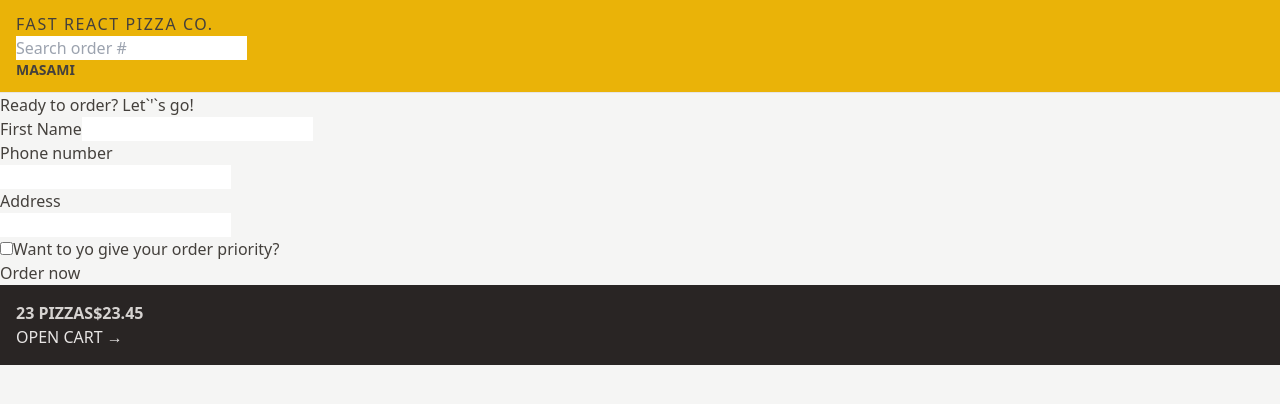
Repository: masamichan/pizza-vite
Page: /order/new
An editor plug-in stored every save of this project. The page is shown before and after the next save, followed by the edit.
The browser window is 1280 px wide. The pictures show the whole page.
The project was rebuilt for these pictures with package versions that can differ from the ones it lists, and the page was loaded fresh each time. Also part of the build but not shown: vite.config.js, src/ui/Home.jsx, src/utils/helpers.js, src/features/menu/MenuItem.jsx, src/features/menu/Menu.jsx, src/features/cart/Cart.jsx, src/features/order/Order.jsx, src/ui/Loader.jsx and 1 more. Imported but missing from the stored project, and not drawn on this page: src/features/user/CreateUser.

Above is the page before, as saved 2023-12-20 15:43:50.

### src/App.jsx
import { RouterProvider, createBrowserRouter } from "react-router-dom"
import Home from './ui/Home'
import Menu, {loader as menuLoader} from './features/menu/Menu';
import Cart from './features/cart/Cart';
import CreateOrder, {action as createOrderAction} from './features/order/CreateOrder';
import Order, {loader as orderLoader} from "./features/order/Order"
import AppLayout from "./ui/AppLayout";
import Error from "./ui/Error"

const router = createBrowserRouter([
  {
    element: <AppLayout />,
    errorElement: <Error />,
    children: [
  { path: "/", element: <Home/>},
  { path: "/menu", element: <Menu />, loader: menuLoader, errorElement: <Error />},
  {path: "/cart",element: <Cart />},
  {path: "/order/new",element: <CreateOrder />, action: createOrderAction},
  {path: "/order/:orderId", element: <Order />, loader: orderLoader, errorElement: <Error />}
    ],
  },
])




function App() {
  return <RouterProvider router={router} />
}

export default App

### src/features/order/CreateOrder.jsx
import { useState } from "react";
import { Form, redirect, useActionData, useNavigation } from "react-router-dom";
import { createOrder } from "../../services/apiRestaurant";

// https://uibakery.io/regex-library/phone-number
const isValidPhone = (str) =>
  /^\+?\d{1,4}?[-.\s]?\(?\d{1,3}?\)?[-.\s]?\d{1,4}[-.\s]?\d{1,4}[-.\s]?\d{1,9}$/.test(
    str
  );

const fakeCart = [
  {
    pizzaId: 12,
    name: "Mediterranean",
    quantity: 2,
    unitPrice: 16,
    totalPrice: 32,
  },
  {
    pizzaId: 6,
    name: "Vegetale",
    quantity: 1,
    unitPrice: 13,
    totalPrice: 13,
  },
  {
    pizzaId: 11,
    name: "Spinach and Mushroom",
    quantity: 1,
    unitPrice: 15,
    totalPrice: 15,
  },
];

function CreateOrder() {
  const navigation = useNavigation()
  const isSubmitting = navigation.state === "submitting"

  const formErrors = useActionData()


  // const [withPriority, setWithPriority] = useState(false);
  const cart = fakeCart;

  return (
    <div>
      <h2>Ready to order? Let`&apos;`s go!</h2>

      <Form method="POST">
        <div>
          <label>First Name</label>
          <input type="text" name="customer" required />
        </div>

        <div>
          <label>Phone number</label>
          <div>
            <input type="tel" name="phone" required />
          </div>
          {formErrors ?.phone && <p>{formErrors.phone}</p>}
        </div>

        <div>
          <label>Address</label>
          <div>
            <input type="text" name="address" required />
          </div>
        </div>

        <div>
          <input
            type="checkbox"
            name="priority"
            id="priority"
            // value={withPriority}
            // onChange={(e) => setWithPriority(e.target.checked)}
          />
          <label htmlFor="priority">Want to yo give your order priority?</label>
        </div>

        <div>
          <input type="hidden" name="cart" value={JSON.stringify(cart)} />
          <button disabled={isSubmitting}>
            {isSubmitting ? "Placing order..." : "Order now"}
          </button>
        </div>
      </Form>
    </div>
  );
}

export async function action({request}) {
  const formData = await request.formData()
  const data = Object.fromEntries(formData)

  const order = {
    ...data,
    cart: JSON.parse(data.cart),
    priority: data.priority === "on"
  }

  const errors = {}
  if (!isValidPhone(order.phone))
    errors.phone = "Please give us your correct phone number. We might need it to contact you."

  if (Object.keys(errors).length > 0) return errors

  const newOrder = await createOrder(order)

  return redirect(`/order/${newOrder.id}`)
}

export default CreateOrder;

### src/ui/AppLayout.jsx
import Header from "./Header"
import Loader from './Loader'
import { Outlet, useNavigation } from "react-router-dom"
import CartOverview from "../features/cart/CartOverview"


function AppLayout() {
  const navigation = useNavigation()
  const isLoading = navigation.state === "loading"
  return (
    <div className="layout">
    {isLoading && <Loader />}

    <Header />
    <main>
      <Outlet />
    </main>
    <CartOverview/>
    </div>
  )
}

export default AppLayout

### src/services/apiRestaurant.js
const API_URL = 'https://react-fast-pizza-api.onrender.com/api';

export async function getMenu() {
  const res = await fetch(`${API_URL}/menu`);

  // fetch won't throw error on 400 errors (e.g. when URL is wrong), so we need to do it manually. This will then go into the catch block, where the message is set
  if (!res.ok) throw Error('Failed getting menu');

  const { data } = await res.json();
  return data;
}

export async function getOrder(id) {
  const res = await fetch(`${API_URL}/order/${id}`);
  if (!res.ok) throw Error(`Couldn't find order #${id}`);

  const { data } = await res.json();
  return data;
}

export async function createOrder(newOrder) {
  try {
    const res = await fetch(`${API_URL}/order`, {
      method: 'POST',
      body: JSON.stringify(newOrder),
      headers: {
        'Content-Type': 'application/json',
      },
    });

    if (!res.ok) throw Error();
    const { data } = await res.json();
    return data;
  } catch {
    throw Error('Failed creating your order');
  }
}

export async function updateOrder(id, updateObj) {
  try {
    const res = await fetch(`${API_URL}/order/${id}`, {
      method: 'PATCH',
      body: JSON.stringify(updateObj),
      headers: {
        'Content-Type': 'application/json',
      },
    });

    if (!res.ok) throw Error();
    // We don't need the data, so we don't return anything
  } catch (err) {
    throw Error('Failed updating your order');
  }
}

### src/ui/Header.jsx
import { Link } from "react-router-dom"
import SearchOrder from "../features/order/SearchOrder"
import UserName from "../features/user/UserName"

function Header() {
  return (
    <header className="bg-yellow-500 border-b border-stone-200 px-4 py-3 uppercase">
    <Link to="/" className="tracking-widest">Fast React Pizza Co.</Link>
    <SearchOrder />
    <UserName />
    </header>
  )
}

export default Header

### src/features/cart/CartOverview.jsx
import { Link } from "react-router-dom";

function CartOverview() {
  return (
    <div className="bg-stone-800 p-4 uppercase text-stone-200" >
      <p className="font-semibold text-stone-300">
        <span>23 pizzas</span>
        <span>$23.45</span>
      </p>
      <Link to="/cart">Open cart &rarr;</Link>
    </div>
  );
}

export default CartOverview;

### src/features/order/SearchOrder.jsx
import { useState } from "react"
import { useNavigate } from "react-router-dom";

function SearchOrder() {

  const[query, setQuery] = useState('')
  const navigate = useNavigate()

  function handleSubmit(e) {
    e.preventDefault();
    if(!query) return;
    navigate(`/order/${query}`)
    setQuery("");
  }

  return (
    <form onSubmit={handleSubmit}>
      <input
      placeholder="Search order #"
      value={query}
      onChange={(e) => setQuery(e.target.value)}
      />
    </form>
  )
}

export default SearchOrder

### src/features/user/UserName.jsx


function UserName() {
  return (
    <div className="text-sm font-semibold">Masami</div>
  )
}

export default UserName

Loaded but not shown: index.html (common file); src/main.jsx (common file); src/index.css (common file); tailwind.config.js (common file)

After the next save:
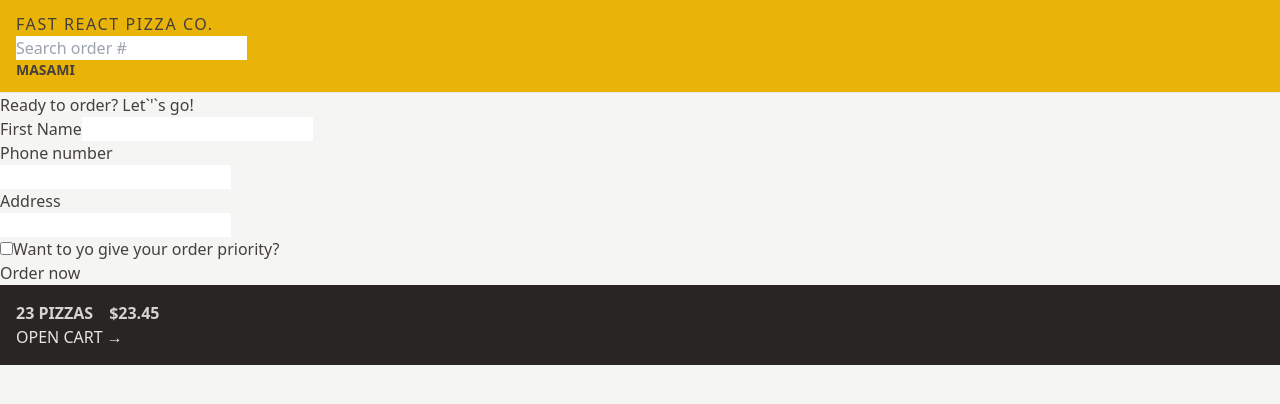
Saved 90 s later.
--- a/src/features/cart/CartOverview.jsx
+++ b/src/features/cart/CartOverview.jsx
@@ -3,7 +3,7 @@ import { Link } from "react-router-dom";
 function CartOverview() {
   return (
     <div className="bg-stone-800 p-4 uppercase text-stone-200" >
-      <p className="font-semibold text-stone-300">
+      <p className="space-x-4 font-semibold text-stone-300">
         <span>23 pizzas</span>
         <span>$23.45</span>
       </p>
